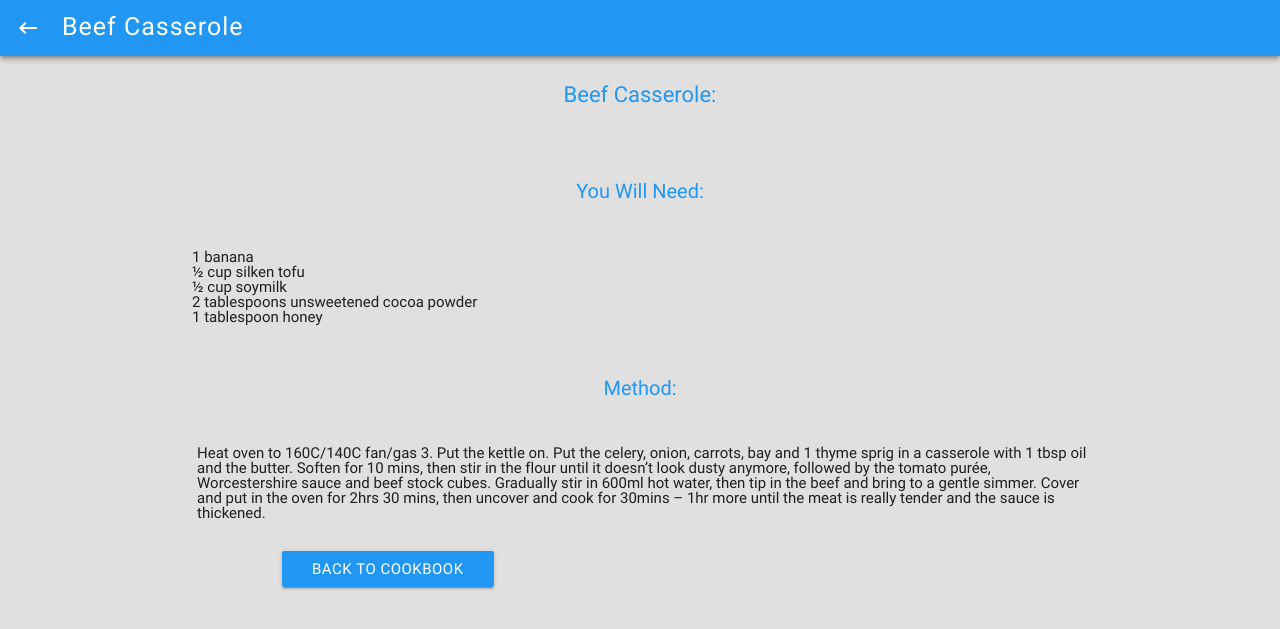
Repository: mattmoloney/vitae-2.0
Page: http://localhost/recipes/drink_recipies/drrecipie4.php
The author's editor kept a record of every edit. The page is drawn from the files as they stood at one moment, then again after the next edit.
The browser window is 1280 px wide. The pictures show the whole page.
The page is run by PHP 8.4 with error messages shown; the project is at /var/www/html/.

Above is the page before.

### recipes/drink_recipies/drrecipie4.php
<!DOCTYPE html>
<html xmlns="http://www.w3.org/1999/xhtml">

<head>
    <title>Vitae</title>
    <meta http-equiv="Content-Type" content="/html; charset=UTF-8" />
    <meta name="description" content="" />
    <meta name="keywords" content="" />
    <meta name='language' content='EN'>
    <meta name="viewport" content="width=device-width, initial-scale=1.0" />
    <link rel="icon" type="image/png" href="" />

    <link href="../../css/reset.css" rel="stylesheet" />
    <link href="https://fonts.googleapis.com/icon?family=Material+Icons" rel="stylesheet">
    <link href="https://fonts.googleapis.com/css?family=Montserrat|Oswald|Roboto" rel="stylesheet">

     <link href="../../css/materialize.min.css" rel="stylesheet" />
     <link href="../../css/style.css" rel="stylesheet" />
<?php
session_start();
?>
    </head>

    <body>

<div class="container-fluid">
    <div class="row headbar-container">
        <div class="headbar blue z-depth-2">
            <a href="../../drinksmenu.php" class="menu-icon"><i class="material-icons">keyboard_backspace</i></a>
            <div class="headtitle">Beef Casserole</div>
        </div>
    </div>
</div>


<div class="container">

                <h2>Beef Casserole:</h2>
                <br>
                <br>
                <h3>You Will Need:</h3>
                <br>
                <br>
                <ul id="ingredience">
                    <li>1 banana</li>
                    <li>½ cup silken tofu</li>
                    <li>½ cup soymilk</li>
                    <li>2 tablespoons unsweetened cocoa powder</li>
                    <li>1 tablespoon honey</li>
                </ul>
                <br>
                <br>
                <h3>Method:</h3>
                <br>
                <br>
                <p>Heat oven to 160C/140C fan/gas 3. Put the kettle on. Put the celery, onion, carrots, bay and 1 thyme sprig in a casserole with 1 tbsp oil and the butter. Soften for 10 mins, then stir in the flour until it doesn’t look dusty anymore, followed by the tomato purée, Worcestershire sauce and beef stock cubes.

Gradually stir in 600ml hot water, then tip in the beef and bring to a gentle simmer. Cover and put in the oven for 2hrs 30 mins, then uncover and cook for 30mins – 1hr more until the meat is really tender and the sauce is thickened.
</p>

                     <a href="../../food.php"><input class="btn" type="submit" name="submit" value="Back to CookBook" style="margin-left: 6em; margin-bottom: 1em; margin-top: 2em;" /></a>

            </div> <!--container-->

    <script src="../../js/jquery-3.1.1.min.js"></script>
    <script type="text/javascript" src="../../js/materialize.min.js"></script>
</body>

</html>

### css/style.css
html,body
{
	transition: all 1s ease;
    width: 100%;
    height: 100%;
    margin: 0px;
    padding: 0px;
    overflow-x: hidden;
    background-color: #e0e0e0;
}

[type="radio"]:not(:checked), [type="radio"]:checked {
    position: relative;
    left: 0px;
    opacity: 1;
    margin-left:15px;
}

input, button, submit
{
  border:none;
  background  : none;
}

select {
    display: block!important;
    margin: 5px 0px;
}

h1{

    color: #2196F3;
    font-size: 30px;
    text-align: center;
}

h2{

    color: #2196F3;
    font-size: 22px;
    text-align: center;
}

h3 {

    color: #2196F3;
    font-size: 20px;
    text-align: center;
}

h4 {

    color: #000;
    font-size: 24px;
    text-align: left;
    padding-top: 15px;
    padding-left: 5px;
}

h5{

    color: #2196F3;
    font-size: 20px;
    text-align: left;
    padding-left: 5px;
}

p{

    padding-left: 5px;
}

.btn, .btn-large {
    background-color: #2196F3!important;
}

.nostyle {
	color: inherit;
	text-decoration: none;
}

.separator {
    height: 1px;
    width: 100%;
    background-color: #DDDDDD;
    margin : 15px 0px;
}

/**homepage**/

.menu-row {
    height: 140px;
}

.container-index {
    margin-top: 50px;
}

.blue-circle-left {
    border-radius: 50%;
	width: 75px;
	height: 75px;
    float: left;
    background-color: #2196F3;
}

.blue-circle-right {
    border-radius: 50%;
	width: 75px;
	height: 75px;
    float: right;
    background-color: #2196F3;
}

.icon-circle {
    color:white;
    margin-top: 0.4em;
    margin-left:0.45em;
    margin-right:auto;
    font-size: 40px;
}

.category-name {
    text-align: center;
    font-size: 22px;
    margin-top: 22px;
    color: #555555;

}

.menu-subgroup {
    width: 75px;
    margin-left: auto;
    margin-right: auto;
    display: block;
}

.btn-track-index {
    width: 100%;
    margin: 10px 0px;
}

/**cookbook**/

.menu-btn {
    width: 150px;
}

.container-food {

    margin-top: 50px;
}

.best_recipies {

    background-color: #fff;
    color: #DDD;
}


/******Topbar****/

.headbar-container {
    width:100%;
    margin:0;
    height:56px;
    z-index:90;
}


.headbar {
    width:100%;
    margin:0;
    height:56px;
    z-index:90;
    position: relative
}

.menu-icon {
    width:24px;
    font-size:48px;
    color:white;
    margin-left:16px;
    float: left;
}

.menu-icon-down {
    width:24px;
    font-size:48px;
    color:white;
    margin-top: 0.3em;
    margin-left:16px;
    float: left;
}

.headtitle {
    color:white;
    font-size: 25px;
    float: left;
    margin-left:22px;
    line-height: 54px;
    letter-spacing: 1px;
}

.menu-icon-share {
    width:24px;
    height:56px;
    font-size:48px;
    color:white;
    margin-right:16px;
    float: right;
}

.menu-icon-profile {
    width:24px;
    height:56px;
    font-size:48px;
    color:white;
    margin-right:16px;
    float: right;
}

.menu-icon-profile-down {
    width:24px;
    height:56px;
    font-size:48px;
    color:white;
    margin-top: 0.3em;
    margin-right:16px;
    float: right;
}

/******Profile page****/

.not-logged-p {
    margin-top:20px;
    font-size: 18px;
    line-height: 25px;
}

.sub-headbar {
    width:100%;
    margin-top:0px;
    height:42px;
    z-index:20;
}

.profile-name {
    color:white;
    font-size: 18px;
    float: left;
    margin-left:20px;
    line-height: 42px;
}

.profile-row h5 {
    font-size: 18px;
    margin-top: 15px;
    text-align: center;
    font-weight: 700;
    color: #212121;
}

.profile-photo {
    border-radius: 50%;
    margin-left:auto;
    margin-right:auto;
	width: 110px;
	height: 110px;
    background-color: #2196F3;
}

.profile-photo img{
	width: 100px;
	height: 100px;
    margin-top:5px;
}

.profile-infos {
    text-align: left;
    margin-top:20px;
}


.card-profile {
    display:block;
    width:100%;
    padding:20px;
}

.profile-title {
    font-weight: 700;
    font-size: 19px;
    margin-bottom: 15px;
    color: #212121;
}

.profile-othertitle{
    font-size: 17px;
    margin-bottom: 10px;
    color: #212121;
}

.profile-title a {
    float: right;
}

.profile-subtitle {
    margin-bottom: 5px;
}

.profile-link  {
    width: 100%;
}

.records-cont {
    margin-bottom: 12px;
    margin-left:7px;
}

.profile-save {
    width: 100%;
    margin-top: 10px;
}

.form-entry {
    margin: 10px 0px;
}

.select-img {
    margin-top: 20px;
    text-align:center;
}

.select-img img {
    height:80px;
    width:80px;
}



/******Register page****/

.form-register{

    width: 90%;
    margin-left: 1.5em;
    margin-top: 3em;
}

/******Login page****/


.login-form {
    margin-top: 20px;
}
.register-now-container {
    margin-top:30px;
}

/******trackers page****/
.container-weight {
}

.current-weight-title {
    text-align:center;
    font-weight: 700;
    font-size: 22px;
    margin-bottom:20px;
}

.actual-weight {
    color: #2196F3;
}

.weight-tl {
    width: 94%;
    margin-top: 30px;
    margin-left: 3%;
    margin-right: 3%;
    padding-bottom:0px;
    text-align:center;
}

.weight-lines {
    text-align:center;
}

.weight-line {
    font-size: 18px;
    margin-bottom: 15px;
}

.current-sleep-title {
    font-weight:700;
    font-size: 22px;
    margin-bottom:15px;
}

.current-sleep-subtitle {
    font-size: 18px;
    margin-bottom:15px;
}


.sleep-btn{
    margin-top: 20px;
}


/******sports page****/
.sport-submit {
    margin-left: auto;
    margin-right:auto;
    display:block;
}
.input-group {
    margin: 10px 0px;
}

.form-sport{

    width: 90%;
    margin-left: 1.5em;
}

.activities-sport {
    margin-top:20px;
}

.sport-tl-firstline {
    font-size: 16px;
    margin-bottom: 10px;
}

.sport-tl-secondline {
    font-size: 14px;
}

Loaded but not shown: css/reset.css (common file); css/materialize.min.css (library); js/jquery-3.1.1.min.js (library); js/materialize.min.js (library)

After the next edit:
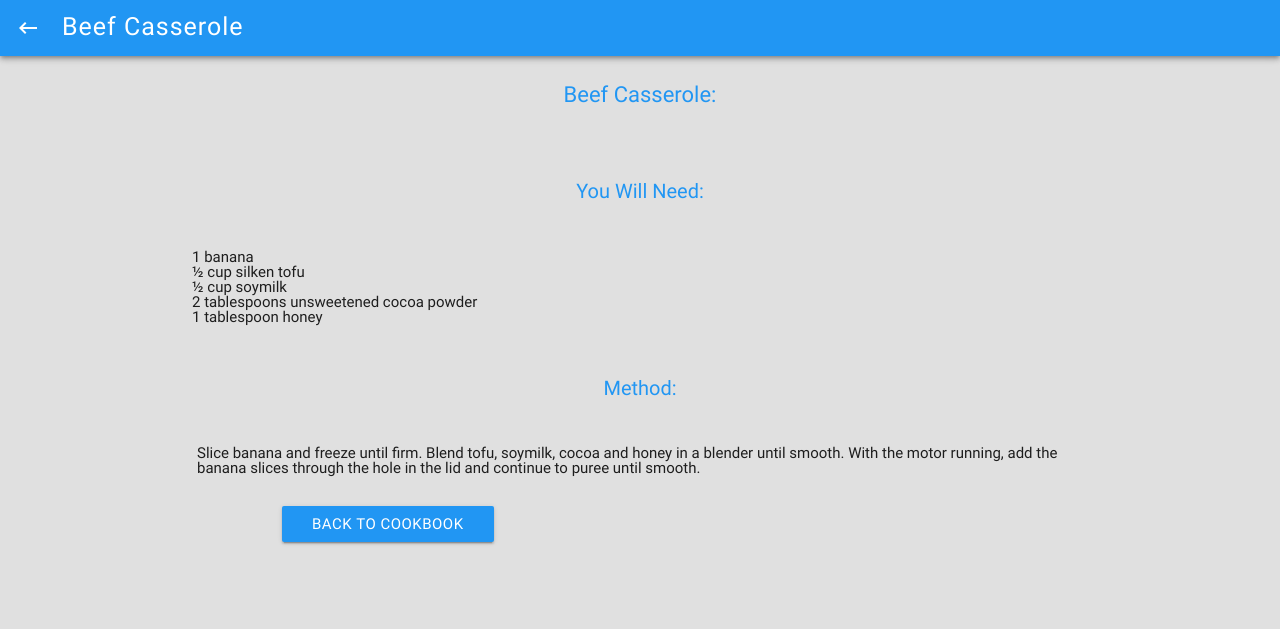
The edit:
--- a/recipes/drink_recipies/drrecipie4.php
+++ b/recipes/drink_recipies/drrecipie4.php
@@ -53,10 +53,8 @@
                 <h3>Method:</h3>
                 <br>
                 <br>
-                <p>Heat oven to 160C/140C fan/gas 3. Put the kettle on. Put the celery, onion, carrots, bay and 1 thyme sprig in a casserole with 1 tbsp oil and the butter. Soften for 10 mins, then stir in the flour until it doesn’t look dusty anymore, followed by the tomato purée, Worcestershire sauce and beef stock cubes.
-
-Gradually stir in 600ml hot water, then tip in the beef and bring to a gentle simmer. Cover and put in the oven for 2hrs 30 mins, then uncover and cook for 30mins – 1hr more until the meat is really tender and the sauce is thickened.
-</p>
+                <p>Slice banana and freeze until firm. Blend tofu, soymilk, cocoa and honey in a blender until smooth.
+                With the motor running, add the banana slices through the hole in the lid and continue to puree until smooth.</p>
 
                      <a href="../../food.php"><input class="btn" type="submit" name="submit" value="Back to CookBook" style="margin-left: 6em; margin-bottom: 1em; margin-top: 2em;" /></a>
 
